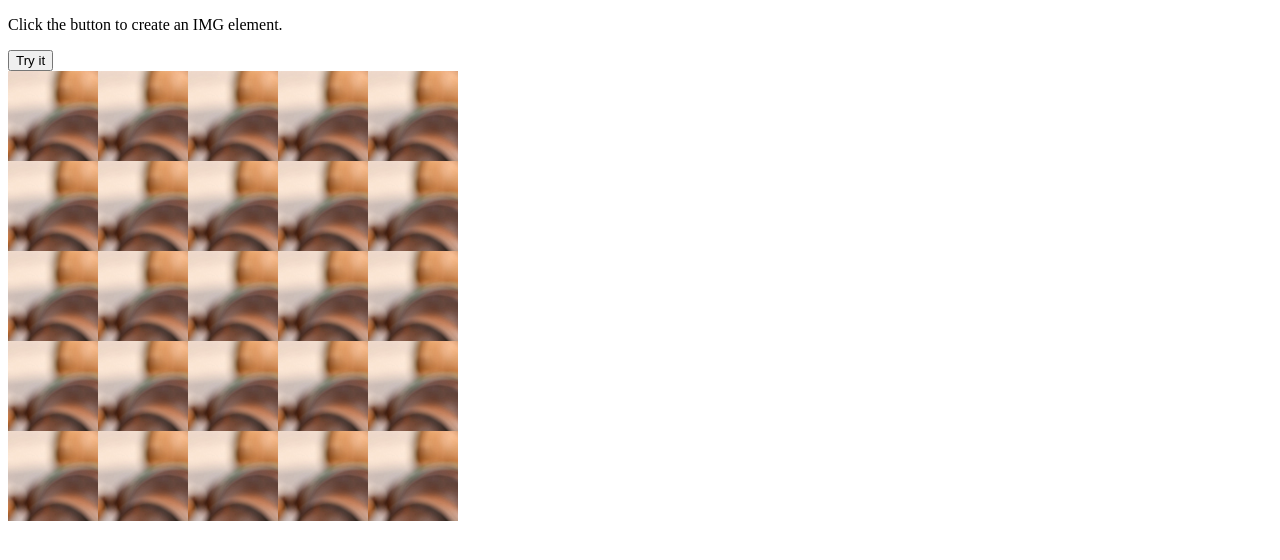
Repository: rashmikagamage/puzzle-vanila-js
Page: index.html
An editor plug-in stored every save of this project. The page is shown before and after the next save, followed by the edit.
The browser window is 1280 px wide. The pictures show the whole page.
After loading, the first visible `button` was clicked once.

Above is the page before, as saved 2020-08-05 21:25:13.

After the next save:
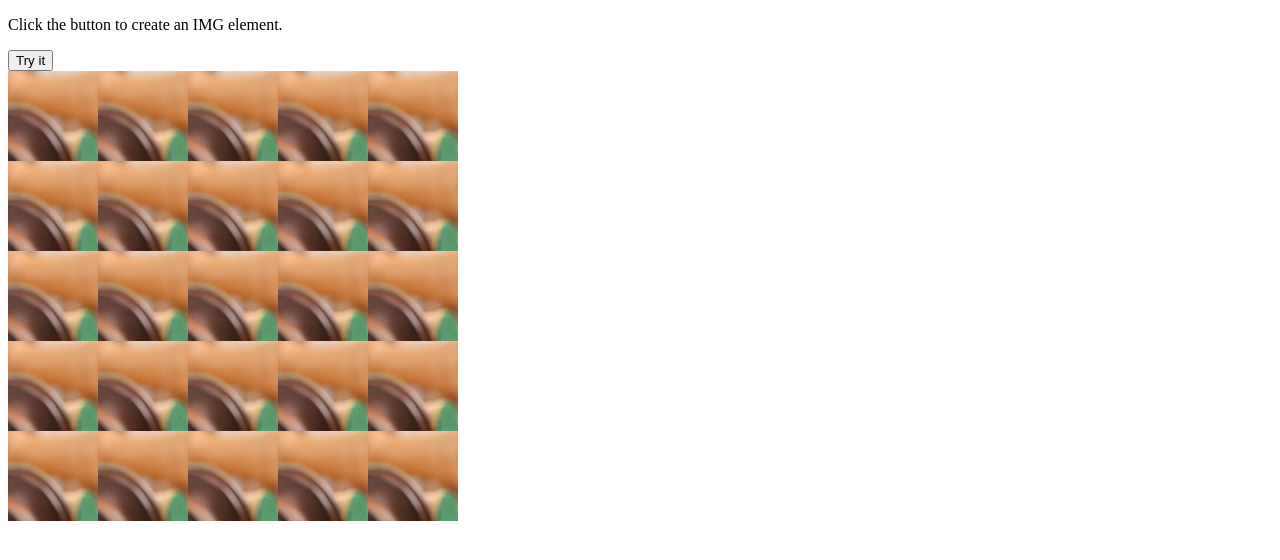
Saved 35 s later.
--- a/function.js
+++ b/function.js
@@ -6,8 +6,8 @@
     let row = num;
     let col = num;
     let idCount = 0
-    let xPosition = 20;
-    let yPosition = 20;
+    let xPosition = 40;
+    let yPosition = 40;
 
     for (let i = 0; i < num; i++) {
         grid = grid + cellSize + " ";
